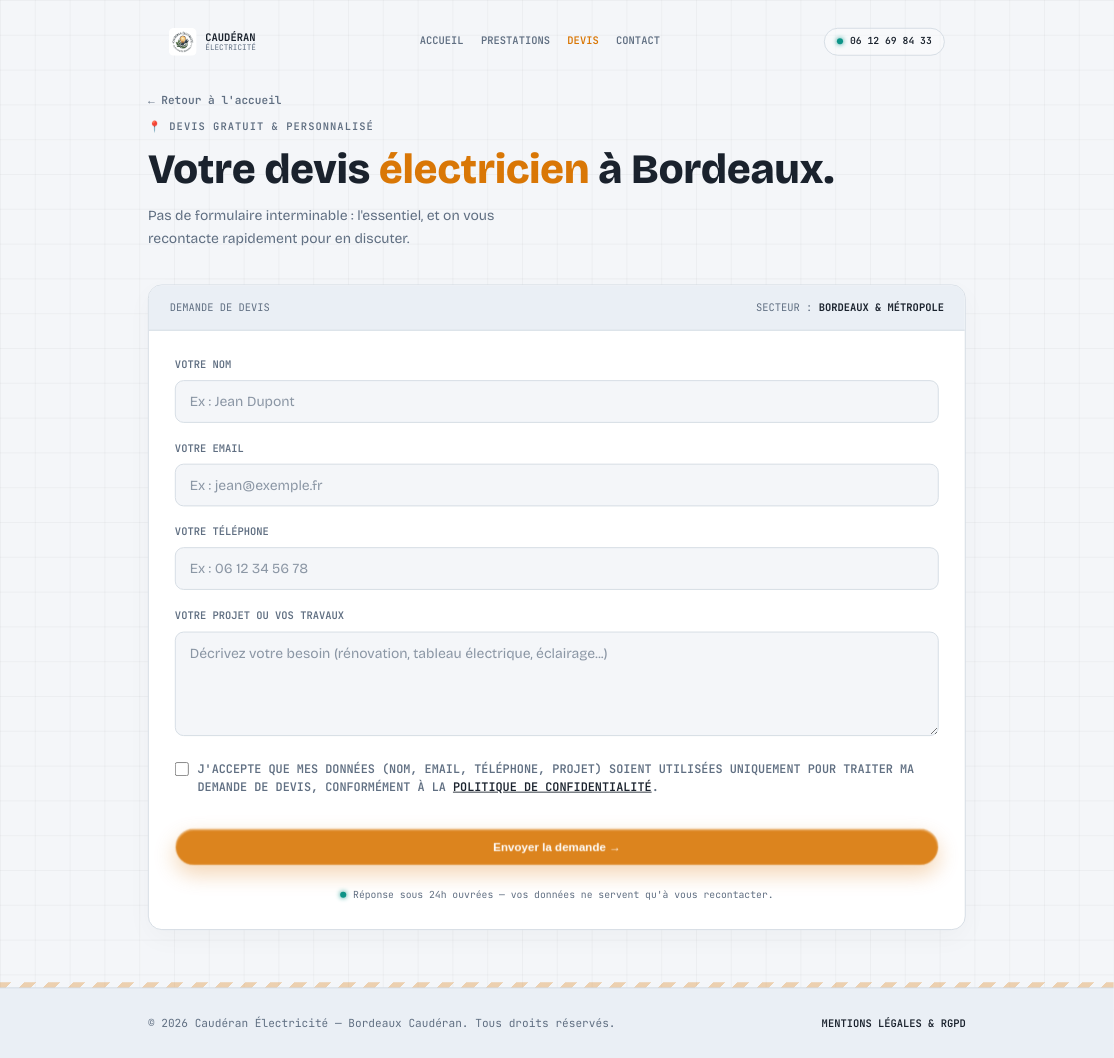
Repository: cauderanelectricite/cauderanelectricite.github.io
Page: devis.html
An editor plug-in stored every save of this project. The page is shown before and after the next save, followed by the edit.
The browser window is 1280 px wide. The pictures show the whole page, at 87% of full size.

Above is the page before, as saved 2026-09-29 20:53:05.

### devis.html
<!DOCTYPE html>
<html lang="fr">
<head>
  <meta charset="UTF-8" />
  <meta name="viewport" content="width=device-width, initial-scale=1.0" />
  <link rel="stylesheet" href="style.css" />
  <title>Devis électricien gratuit à Bordeaux – Caudéran Électricité</title>
  <meta name="description" content="Demandez votre devis gratuit pour vos travaux électriques à Bordeaux : rénovation, tableau électrique, éclairage. Réponse rapide, sans engagement.">
  <link rel="canonical" href="https://cauderan-electricite.fr/devis.html">
  <meta name="robots" content="index, follow">
  <meta name="theme-color" content="#F4F6F9">

  <meta property="og:type" content="website">
  <meta property="og:locale" content="fr_FR">
  <meta property="og:site_name" content="Caudéran Électricité">
  <meta property="og:title" content="Devis électricien gratuit à Bordeaux – Caudéran Électricité">
  <meta property="og:description" content="Décrivez votre projet électrique, on vous recontacte rapidement. Devis gratuit et sans engagement.">
  <meta property="og:url" content="https://cauderan-electricite.fr/devis.html">
  <meta property="og:image" content="https://cauderan-electricite.fr/logo.png">
  <meta name="twitter:card" content="summary">

  <link rel="icon" type="image/png" href="logo.png">

  <link rel="preconnect" href="https://fonts.googleapis.com">
  <link rel="preconnect" href="https://fonts.gstatic.com" crossorigin>
  <link href="https://fonts.googleapis.com/css2?family=Bricolage+Grotesque:opsz,wght@12..96,400;12..96,600;12..96,700;12..96,800&family=JetBrains+Mono:wght@400;600;700&display=swap" rel="stylesheet">
</head>
<body>

  <header>
    <div class="nav-container">
      <a class="brand" href="index.html">
        <img src="logo.png" alt="Logo Caudéran Électricité" width="32" height="32">
        <span class="brand-name">Caudéran<small>Électricité</small></span>
      </a>
      <nav aria-label="Navigation principale">
        <a href="index.html">Accueil</a>
        <a href="index.html#services">Prestations</a>
        <a href="devis.html" aria-current="page">Devis</a>
        <a href="contact.html">Contact</a>
      </nav>
      <a class="header-cta" href="tel:+33612698433"><span class="led"></span>06 12 69 84 33</a>
    </div>
  </header>

  <main>
    <a href="index.html" class="back-link">← Retour à l'accueil</a>

    <section class="page-head">
      <p class="kicker">📍 Devis gratuit &amp; personnalisé</p>
      <h1>Votre devis <span class="amber">électricien</span> à Bordeaux.</h1>
      <p>Pas de formulaire interminable : l'essentiel, et on vous recontacte rapidement pour en discuter.</p>
    </section>

  <form class="workorder" action="https://api.web3forms.com/submit" method="POST">
  <div class="wo-head">
    <span>Demande de devis</span>
    <span>Secteur : <b>Bordeaux &amp; Métropole</b></span>
  </div>
  <div class="wo-body">
    <input type="hidden" name="access_key" value="96f66776-382f-4ce0-8e90-f4bc872c67bc">
    <input type="hidden" name="subject" value="Nouvelle demande de devis — site Caudéran Électricité">
    <input type="hidden" name="from_name" value="Site Caudéran Électricité">
    <input type="hidden" name="redirect" value="https://cauderan-electricite.fr/merci.html">
    <!-- Honeypot anti-spam (ne pas remplir) -->
    <input type="checkbox" name="botcheck" class="hidden" tabindex="-1">

    <div>
      <label for="name">Votre nom</label>
      <input type="text" id="name" name="name" placeholder="Ex : Jean Dupont" autocomplete="name" required>
    </div>

    <div>
      <label for="email">Votre email</label>
      <input type="email" id="email" name="email" placeholder="Ex : jean@exemple.fr" autocomplete="email" required>
    </div>

    <div>
      <label for="phone">Votre téléphone</label>
      <input type="tel" id="phone" name="phone" placeholder="Ex : 06 12 34 56 78" autocomplete="tel" required>
    </div>

    <div>
      <label for="message">Votre projet ou vos travaux</label>
      <textarea id="message" name="message" placeholder="Décrivez votre besoin (rénovation, tableau électrique, éclairage...)" required></textarea>
    </div>

    <div class="consent">
      <label for="consent-rgpd">
        <input type="checkbox" id="consent-rgpd" name="consentement_rgpd" value="oui" required>
        <span>J'accepte que mes données (nom, email, téléphone, projet) soient utilisées uniquement pour traiter ma demande de devis, conformément à la <a href="mentions-legales.html#rgpd">politique de confidentialité</a>.</span>
      </label>
    </div>

    <button type="submit" class="btn">Envoyer la demande →</button>

    <p class="wo-note"><span class="led"></span> Réponse sous 24h ouvrées — vos données ne servent qu'à vous recontacter.</p>
  </div>
</form>
  </main>

  <div class="hazard" aria-hidden="true"></div>
<!-- Footer -->
<footer>
  <div class="foot-inner">
    <span class="foot-copy">© <span id="year">2025</span> Caudéran Électricité — Bordeaux Caudéran. Tous droits réservés.</span>
    <nav class="foot-nav" aria-label="Liens légaux">
      <a href="mentions-legales.html">Mentions légales &amp; RGPD</a>
    </nav>
  </div>
</footer>

<script>
  document.getElementById('year').textContent = new Date().getFullYear();
</script>

</body>
</html>

### style.css
/* ============================================================
   CAUDÉRAN ÉLECTRICITÉ — Feuille de style unique (toutes pages)
   ============================================================ */

:root {
  --bg: #F4F6F9;
  --panel: #FFFFFF;
  --panel-2: #EAEFF5;
  --line: #D1D9E2;
  --txt: #1A222D;
  --txt-2: #606F82;
  --amber: #D97706;
  --amber-deep: #B45309;
  --amber-soft: rgba(217, 119, 6, .1);
  --teal: #0D9488;
  --font: 'Bricolage Grotesque', sans-serif;
  --mono: 'JetBrains Mono', monospace;
}

*, *::before, *::after {
  margin: 0; padding: 0; box-sizing: border-box;
}

html {
  scroll-behavior: smooth;
  scroll-padding-top: 110px; /* évite que le header sticky cache les ancres */
}

@media (prefers-reduced-motion: reduce) {
  html { scroll-behavior: auto; }
  *, *::before, *::after {
    transition: none !important;
    animation: none !important;
  }
}

body {
  background-color: var(--bg);
  color: var(--txt);
  font-family: var(--font);
  line-height: 1.6;
  min-height: 100vh;
  display: flex;
  flex-direction: column;
  background-size: 40px 40px;
  background-image:
    linear-gradient(to right, rgba(0, 0, 0, 0.03) 1px, transparent 1px),
    linear-gradient(to bottom, rgba(0, 0, 0, 0.03) 1px, transparent 1px);
}

:focus-visible {
  outline: 2px solid var(--amber);
  outline-offset: 3px;
  border-radius: 4px;
}

.amber { color: var(--amber); }

/* ---------- Utilitaire Liquid Glass ---------- */
.liquid-glass {
  background: rgba(255, 255, 255, 0.45);
  backdrop-filter: blur(25px) saturate(180%);
  -webkit-backdrop-filter: blur(25px) saturate(180%);
  border: 1px solid rgba(255, 255, 255, 0.7);
  border-top-color: rgba(255, 255, 255, 0.9);
  box-shadow:
    0 15px 35px rgba(0, 0, 0, 0.06),
    inset 0 1px 2px rgba(255, 255, 255, 0.8),
    inset 0 -2px 6px rgba(0, 0, 0, 0.03);
  transition: all 0.3s cubic-bezier(0.16, 1, 0.3, 1);
}

.liquid-glass:hover {
  background: rgba(255, 255, 255, 0.65);
  border-color: rgba(255, 255, 255, 1);
  box-shadow:
    0 20px 40px rgba(0, 0, 0, 0.08),
    inset 0 1px 3px rgba(255, 255, 255, 1),
    inset 0 -2px 8px rgba(0, 0, 0, 0.04);
}

/* ---------- Header flottant ---------- */
header {
  position: sticky;
  top: 20px;
  z-index: 50;
  width: 100%;
  max-width: 1000px;
  margin: 20px auto 0 auto;
  padding: 0 30px;
}

.nav-container {
  display: flex;
  align-items: center;
  justify-content: space-between;
  gap: 20px;
  padding: 12px 24px;
  border-radius: 999px;
}

.brand {
  display: flex;
  align-items: center;
  gap: 10px;
  text-decoration: none;
  color: var(--txt);
  flex-shrink: 0;
}

.brand img {
  width: 32px;
  height: 32px;
  object-fit: contain;
  background: var(--panel); /* typo --pannel corrigée */
  border-radius: 6px;
  padding: 3px;
}

.brand-name {
  font-family: var(--mono);
  font-size: 0.75rem;
  font-weight: 700;
  text-transform: uppercase;
  line-height: 1.2;
}

.brand-name small {
  display: block;
  color: var(--txt-2);
  font-size: 0.55rem;
  font-weight: 400;
}

nav {
  display: flex;
  gap: 20px;
}

nav a {
  font-family: var(--mono);
  font-size: 0.75rem;
  font-weight: 600;
  text-transform: uppercase;
  color: var(--txt-2);
  text-decoration: none;
  transition: color 0.2s;
}

nav a:hover { color: var(--txt); }
nav a[aria-current="page"] { color: var(--amber); }

.header-cta {
  display: flex;
  align-items: center;
  gap: 8px;
  font-family: var(--mono);
  font-size: 0.7rem;
  font-weight: 600;
  color: var(--txt);
  text-decoration: none;
  border: 1px solid var(--line);
  border-radius: 999px;
  padding: 6px 14px;
  background: rgba(255, 255, 255, 0.4);
  transition: all 0.2s;
  flex-shrink: 0;
}

.header-cta:hover {
  border-color: var(--amber);
  background: var(--amber-soft);
}

.led {
  width: 7px;
  height: 7px;
  border-radius: 50%;
  background: var(--teal);
  box-shadow: 0 0 6px var(--teal);
}

/* ---------- Boutons ---------- */
.btn {
  display: inline-flex;
  align-items: center;
  justify-content: center;
  gap: 8px;
  padding: 13px 24px;
  border-radius: 999px;
  border: 1px solid rgba(255, 255, 255, 0.6);
  background: rgba(217, 119, 6, 0.9); /* amber unifié avec --amber */
  color: #fff;
  font-weight: 700;
  text-decoration: none;
  backdrop-filter: blur(15px) saturate(180%);
  -webkit-backdrop-filter: blur(15px) saturate(180%);
  box-shadow:
    0 10px 25px rgba(217, 119, 6, 0.3),
    inset 0 1px 2px rgba(255, 255, 255, 0.5);
  transition: all 0.3s cubic-bezier(0.16, 1, 0.3, 1);
  cursor: pointer;
}

.btn:hover {
  background: var(--amber-deep);
  transform: translateY(-2px);
  box-shadow:
    0 15px 30px rgba(217, 119, 6, 0.4),
    inset 0 1px 3px rgba(255, 255, 255, 0.8);
}

.btn-ghost {
  display: inline-flex;
  align-items: center;
  justify-content: center;
  gap: 8px;
  padding: 13px 22px;
  border-radius: 999px;
  background: rgba(255, 255, 255, 0.4);
  border: 1px solid rgba(255, 255, 255, 0.7);
  color: var(--txt);
  font-family: var(--mono);
  font-size: 0.85rem;
  font-weight: 600;
  text-decoration: none;
  backdrop-filter: blur(20px) saturate(180%);
  -webkit-backdrop-filter: blur(20px) saturate(180%);
  transition: all 0.3s cubic-bezier(0.16, 1, 0.3, 1);
}

.btn-ghost:hover {
  background: rgba(255, 255, 255, 0.65);
  border-color: rgba(255, 255, 255, 1);
  transform: translateY(-2px);
}

/* ---------- Structure générale ---------- */
main {
  width: 100%;
  max-width: 1000px;
  margin: 0 auto;
  flex: 1;
  padding: 0 30px;
}

.section { padding: 60px 0; }

.section h2 {
  font-size: clamp(2rem, 4vw, 2.5rem);
  font-weight: 800;
  line-height: 1.1;
  margin-bottom: 10px;
}

.section-lead {
  color: var(--txt-2);
  margin-bottom: 30px;
  max-width: 50ch;
}

.kicker {
  font-family: var(--mono);
  font-size: 0.75rem;
  font-weight: 600;
  letter-spacing: 0.1em;
  text-transform: uppercase;
  color: var(--amber);
  margin-bottom: 12px;
}

/* ---------- Hero ---------- */
.hero {
  display: grid;
  grid-template-columns: 1.3fr 0.9fr;
  gap: 40px;
  align-items: center;
  padding: 60px 0;
}

.hero h1 {
  font-size: clamp(2.3rem, 4.5vw, 3.8rem);
  font-weight: 800;
  line-height: 1.1;
}

.hero-sub {
  margin: 20px 0 30px;
  color: var(--txt-2);
  font-size: 1.05rem;
  max-width: 45ch;
}

.hero-actions {
  display: flex;
  gap: 14px;
  flex-wrap: wrap;
}

/* Fiche spec */
.spec {
  border-radius: 16px;
  padding: 8px 22px;
  font-family: var(--mono);
  /* pas de background ici : .liquid-glass s'en charge */
}

.spec-row {
  display: flex;
  justify-content: space-between;
  align-items: center;
  padding: 14px 0;
  border-bottom: 1px dashed var(--line);
  font-size: 0.8rem;
}

.spec-row:last-child { border-bottom: none; }
.spec-row span { color: var(--txt-2); }
.spec-row strong { font-weight: 600; }

/* ---------- Services (cartes) ---------- */
.services {
  list-style: none;
  display: grid;
  gap: 16px;
}

.service-card-link {
  display: flex;
  justify-content: space-between;
  align-items: center;
  gap: 20px;
  padding: 24px 28px;
  border-radius: 20px;
  text-decoration: none;
  color: inherit;
}

.service-card-link:hover { transform: translateY(-2px); }

.service-number {
  display: block;
  font-family: var(--mono);
  font-size: 0.75rem;
  font-weight: 700;
  color: var(--amber);
  letter-spacing: 0.1em;
  margin-bottom: 8px;
}

.services h3 {
  font-size: 1.2rem;
  margin-bottom: 6px;
}

.services p {
  color: var(--txt-2);
  font-size: 0.92rem;
  max-width: 60ch;
}

.arrow {
  font-size: 1.2rem;
  color: var(--txt-2);
  transition: transform 0.2s, color 0.2s;
  flex-shrink: 0;
}

.service-card-link:hover .arrow {
  transform: translateX(6px);
  color: var(--amber);
}

/* ---------- À propos ---------- */
.about {
  display: grid;
  grid-template-columns: 0.9fr 1.1fr;
  gap: 40px;
  align-items: center;
}

.portrait {
  width: 100%;
  max-width: 380px;
  aspect-ratio: 4 / 5;
  border-radius: 20px;
  overflow: hidden;
  margin: 0 auto;
}

.portrait img {
  width: 100%;
  height: 100%;
  object-fit: cover;
  display: block;
}

.about-copy p {
  color: var(--txt-2);
  margin-bottom: 14px;
  max-width: 55ch;
}

/* ---------- Réalisations ---------- */
.project-grid {
  display: grid;
  grid-template-columns: repeat(3, 1fr);
  gap: 20px;
}

.project-card {
  border-radius: 20px;
  overflow: hidden;
}

.project-card:hover { transform: translateY(-3px); }

.project-image {
  position: relative;
  aspect-ratio: 4 / 3;
}

.project-image img {
  width: 100%;
  height: 100%;
  object-fit: cover;
  display: block;
}

.demo-badge {
  position: absolute;
  top: 12px;
  left: 12px;
  font-family: var(--mono);
  font-size: 0.65rem;
  font-weight: 600;
  text-transform: uppercase;
  letter-spacing: 0.05em;
  background: rgba(26, 34, 45, 0.8);
  color: #fff;
  padding: 5px 10px;
  border-radius: 999px;
  backdrop-filter: blur(8px);
  -webkit-backdrop-filter: blur(8px);
}

.project-content { padding: 20px; }

.project-category {
  font-family: var(--mono);
  font-size: 0.7rem;
  font-weight: 600;
  text-transform: uppercase;
  letter-spacing: 0.08em;
  color: var(--amber);
}

.project-content h3 {
  margin: 8px 0 6px;
  font-size: 1.15rem;
}

.project-content p {
  color: var(--txt-2);
  font-size: 0.9rem;
}

/* ---------- Avis clients ---------- */
.testimonial-grid {
  display: grid;
  grid-template-columns: repeat(3, 1fr);
  gap: 20px;
}

.testimonial {
  border-radius: 20px;
  padding: 24px;
}

.stars {
  color: var(--amber);
  letter-spacing: 3px;
  margin-bottom: 12px;
}

.testimonial blockquote {
  font-size: 0.95rem;
}

.testimonial cite {
  display: block;
  margin-top: 14px;
  font-style: normal;
  font-family: var(--mono);
  font-size: 0.75rem;
  color: var(--txt-2);
}

/* ---------- Zone d'intervention ---------- */
.area {
  display: grid;
  grid-template-columns: 1.2fr 0.8fr;
  gap: 40px;
  align-items: center;
}

.area-copy p {
  color: var(--txt-2);
  max-width: 45ch;
}

.area-list {
  display: flex;
  flex-wrap: wrap;
  gap: 10px;
  margin-top: 20px;
}

.area-list span {
  font-family: var(--mono);
  font-size: 0.75rem;
  font-weight: 600;
  border: 1px solid var(--line);
  background: var(--panel);
  padding: 8px 14px;
  border-radius: 999px;
}

.map-placeholder {
  aspect-ratio: 1;
  width: min(100%, 320px);
  margin: 0 auto;
  border-radius: 24px;
  display: flex;
  flex-direction: column;
  align-items: center;
  justify-content: center;
  gap: 6px;
  text-align: center;
  font-size: 2rem;
}

.map-placeholder strong { font-size: 1rem; }

.map-placeholder small {
  font-family: var(--mono);
  font-size: 0.7rem;
  color: var(--txt-2);
  text-transform: uppercase;
}

/* ---------- CTA finale (verre fumé lisible) ---------- */
.cta.liquid-glass {
  border-radius: 24px;
  padding: 44px;
  margin: 20px 0 60px;
  display: flex;
  justify-content: space-between;
  align-items: center;
  gap: 24px;
  flex-wrap: wrap;
  background: rgba(26, 34, 45, 0.88);
  border-color: rgba(255, 255, 255, 0.25);
  border-top-color: rgba(255, 255, 255, 0.35);
  color: #fff;
}

.cta.liquid-glass:hover {
  background: rgba(26, 34, 45, 0.92);
  border-color: rgba(255, 255, 255, 0.35);
}

.cta .kicker { color: #FBBF24; }

.cta h2 {
  font-size: 1.8rem;
  font-weight: 800;
  line-height: 1.1;
}

.cta p {
  margin-top: 8px;
  color: rgba(255, 255, 255, 0.85);
  max-width: 45ch;
}

.cta .btn {
  background: var(--amber);
}

.cta .btn:hover {
  background: var(--amber-deep);
}

.cta .btn-ghost {
  background: rgba(255, 255, 255, 0.08);
  border-color: rgba(255, 255, 255, 0.3);
  color: #fff;
}

.cta .btn-ghost:hover {
  background: rgba(255, 255, 255, 0.18);
  border-color: rgba(255, 255, 255, 0.5);
}

.cta-actions {
  display: flex;
  gap: 14px;
  flex-wrap: wrap;
}

/* ---------- Bande hazard & Footer ---------- */
.hazard {
  height: 6px;
  background: repeating-linear-gradient(-45deg, var(--amber) 0 10px, transparent 10px 20px);
  opacity: 0.3;
}

footer {
  background: var(--panel-2);
  border-top: 1px solid var(--line);
}

.foot-inner {
  max-width: 1000px;
  margin: 0 auto;
  padding: 30px;
  display: flex;
  justify-content: space-between;
  align-items: center;
  gap: 20px;
  flex-wrap: wrap;
}

.foot-copy {
  font-family: var(--mono);
  font-size: 0.8rem;
  color: var(--txt-2);
}

.foot-nav {
  display: flex;
  gap: 15px;
}

.foot-nav a {
  font-family: var(--mono);
  font-size: 0.75rem;
  color: var(--txt);
  text-decoration: none;
  text-transform: uppercase;
  transition: color 0.2s;
}

.foot-nav a:hover { color: var(--amber); }

/* ============================================================
   PAGE DEVIS — Formulaire "Bon d'intervention"
   ============================================================ */

.back-link {
  background: none;
  border: none;
  font-family: var(--mono);
  font-size: 0.8rem;
  font-weight: 600;
  color: var(--txt-2);
  cursor: pointer;
  margin: 30px 0 10px 0;
  display: inline-block;
  transition: color 0.2s;
  text-decoration: none;
}

.back-link:hover { color: var(--amber); }

.page-head { margin-bottom: 40px; }

.page-head h1 {
  font-size: clamp(2rem, 4vw, 3rem);
  font-weight: 800;
  line-height: 1.1;
  margin: 10px 0 15px 0;
}

.page-head p {
  color: var(--txt-2);
  max-width: 45ch;
}

.workorder {
  background: var(--panel);
  border: 1px solid var(--line);
  border-radius: 16px;
  overflow: hidden;
  box-shadow: 0 10px 30px rgba(0, 0, 0, 0.03);
  margin-bottom: 60px;
}

.wo-head {
  background: var(--panel-2);
  border-bottom: 1px solid var(--line);
  padding: 16px 24px;
  display: flex;
  justify-content: space-between;
  align-items: center;
  font-family: var(--mono);
  font-size: 0.75rem;
  color: var(--txt-2);
  text-transform: uppercase;
}

.wo-head b { color: var(--txt); }

.wo-body {
  padding: 30px;
  display: flex;
  flex-direction: column;
  gap: 20px;
}

.wo-body label {
  display: block;
  font-family: var(--mono);
  font-size: 0.75rem;
  font-weight: 600;
  color: var(--txt-2);
  margin-bottom: 8px;
  text-transform: uppercase;
}

.wo-body input,
.wo-body textarea {
  width: 100%;
  padding: 14px 16px;
  background: var(--bg);
  border: 1px solid var(--line);
  border-radius: 10px;
  font-family: var(--font);
  font-size: 1rem;
  color: var(--txt);
  outline: none;
  transition: border-color 0.2s, background 0.2s;
}

.wo-body input::placeholder,
.wo-body textarea::placeholder {
  color: var(--txt-2);
  opacity: 0.7;
}

.wo-body input:focus,
.wo-body textarea:focus {
  border-color: var(--amber);
  background: var(--panel);
}

.wo-body textarea {
  resize: vertical;
  min-height: 120px;
}

.wo-body .btn {
  width: 100%;
  margin-top: 10px;
}

.wo-note {
  display: flex;
  align-items: center;
  justify-content: center;
  gap: 8px;
  font-family: var(--mono);
  font-size: 0.7rem;
  color: var(--txt-2);
  text-align: center;
  margin-top: 5px;
}

/* ============================================================
   PAGE CONTACT
   ============================================================ */

.contact-grid {
  display: grid;
  grid-template-columns: 1.3fr 0.9fr;
  gap: 30px;
  align-items: stretch;
  margin-bottom: 40px;
}

.contact-primary {
  display: flex;
  flex-direction: column;
  gap: 20px;
}

.contact-big {
  background: var(--panel);
  border: 1px solid var(--line);
  border-radius: 12px;
  padding: 24px;
  text-decoration: none;
  color: var(--txt);
  display: flex;
  flex-direction: column;
  gap: 6px;
  font-family: var(--mono);
  font-size: 1.25rem;
  font-weight: 700;
  box-shadow: 0 4px 12px rgba(0, 0, 0, 0.03);
  transition: border-color 0.2s, transform 0.2s, background 0.2s;
}

.contact-big small {
  font-size: 0.75rem;
  font-weight: 600;
  color: var(--txt-2);
  text-transform: uppercase;
  letter-spacing: 0.05em;
}

.contact-big:hover {
  border-color: var(--amber);
  background: var(--amber-soft);
  transform: translateY(-2px);
}

/* ============================================================
   PAGE MENTIONS LÉGALES & RGPD
   ============================================================ */

.legal-content {
  background: var(--panel);
  border: 1px solid var(--line);
  border-radius: 16px;
  padding: 40px;
  box-shadow: 0 10px 30px rgba(0, 0, 0, 0.03);
  margin-bottom: 60px;
  display: flex;
  flex-direction: column;
  gap: 30px;
}

.legal-section h3 {
  font-family: var(--mono);
  font-size: 0.9rem;
  font-weight: 700;
  text-transform: uppercase;
  color: var(--amber);
  margin-bottom: 12px;
  letter-spacing: 0.05em;
  display: flex;
  align-items: center;
  gap: 8px;
}

.legal-section p,
.legal-section ul {
  color: var(--txt-2);
  font-size: 0.95rem;
  line-height: 1.7;
}

.legal-section ul {
  list-style: disc;
  padding-left: 20px;
  margin-top: 8px;
}

.legal-section li { margin-bottom: 6px; }

.legal-section strong { color: var(--txt); }

.hidden { display: none; }

/* ============================================================
   RESPONSIVE
   ============================================================ */

@media (max-width: 768px) {
  header {
    padding: 0 16px;
    top: 12px;
  }

  main { padding: 0 16px; }

  /* Nav visible sur mobile (wrap au lieu de display:none) */
  .nav-container {
    flex-wrap: wrap;
    justify-content: center;
    border-radius: 24px;
    row-gap: 12px;
  }

  nav {
    order: 3;
    width: 100%;
    justify-content: center;
    padding-top: 12px;
    border-top: 1px dashed var(--line);
  }

  .hero,
  .about,
  .area,
  .contact-grid {
    grid-template-columns: 1fr;
  }

  .hero { padding: 44px 0; }
  .section { padding: 44px 0; }

  .project-grid,
  .testimonial-grid {
    grid-template-columns: 1fr;
  }

  .cta.liquid-glass {
    flex-direction: column;
    align-items: flex-start;
    padding: 32px;
  }

  .cta-actions {
    width: 100%;
    flex-direction: column;
  }

  .cta-actions .btn,
  .cta-actions .btn-ghost {
    width: 100%;
  }

  .wo-body { padding: 20px; }
  .legal-content { padding: 24px; }
}

/* Consentement RGPD — devis */
.workorder .consent label {
  display: flex;
  gap: 10px;
  align-items: flex-start;
  font-size: 0.85rem;
  line-height: 1.5;
  color: var(--txt-2, #666);
  cursor: pointer;
  text-align: left;
}
.workorder .consent input[type="checkbox"] {
  flex: none;
  width: 16px;
  height: 16px;
  margin-top: 3px;
  accent-color: #f0b429;
}
.workorder .consent a { color: var(--txt, #111); }

After the next save:
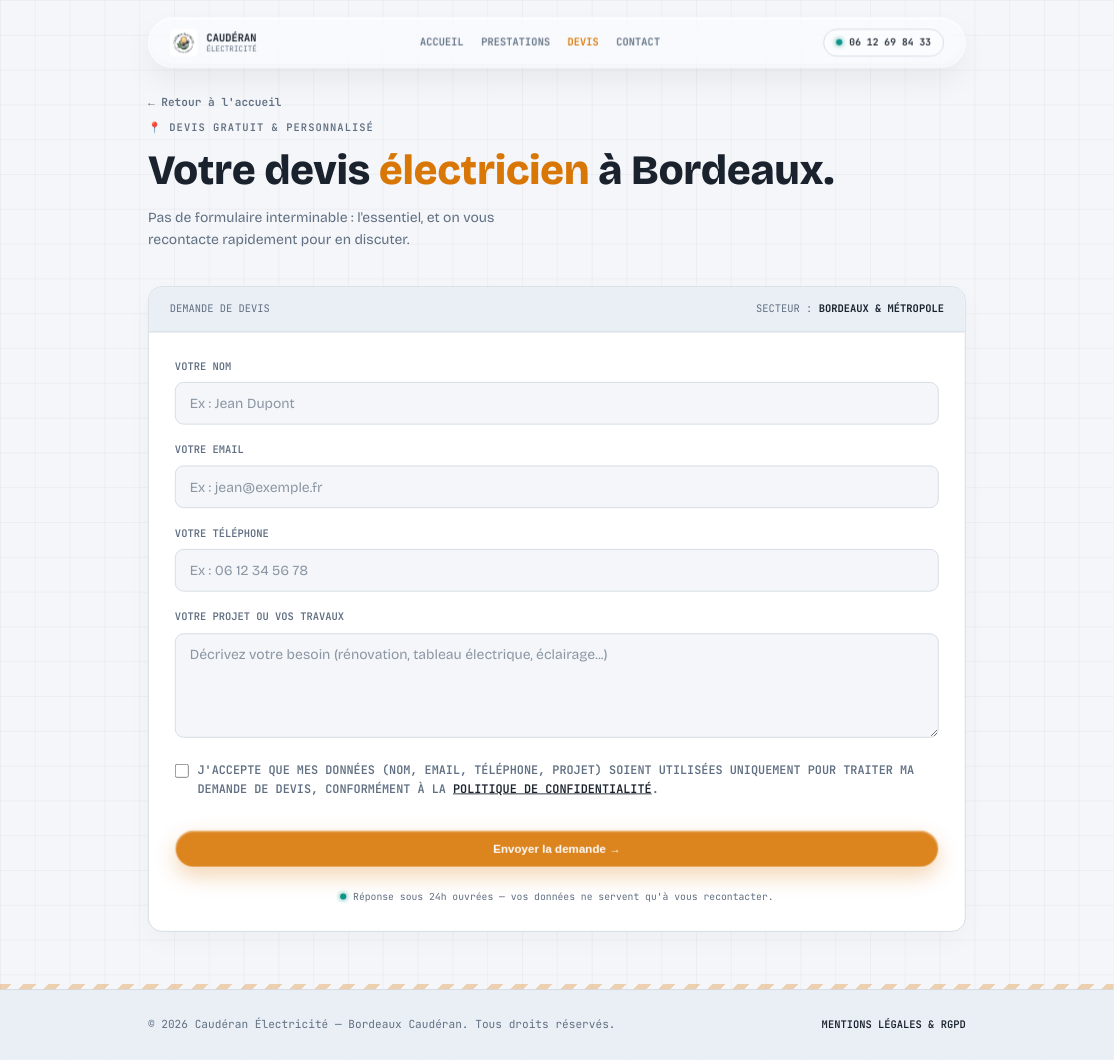
Saved 2 min 46 s later.
--- a/style.css
+++ b/style.css
@@ -97,6 +97,15 @@
   gap: 20px;
   padding: 12px 24px;
   border-radius: 999px;
+  background: rgba(255, 255, 255, 0.45);
+  backdrop-filter: blur(25px) saturate(180%);
+  -webkit-backdrop-filter: blur(25px) saturate(180%);
+  border: 1px solid rgba(255, 255, 255, 0.7);
+  border-top-color: rgba(255, 255, 255, 0.9);
+  box-shadow:
+    0 15px 35px rgba(0, 0, 0, 0.06),
+    inset 0 1px 2px rgba(255, 255, 255, 0.8),
+    inset 0 -2px 6px rgba(0, 0, 0, 0.03);
 }
 
 .brand {
